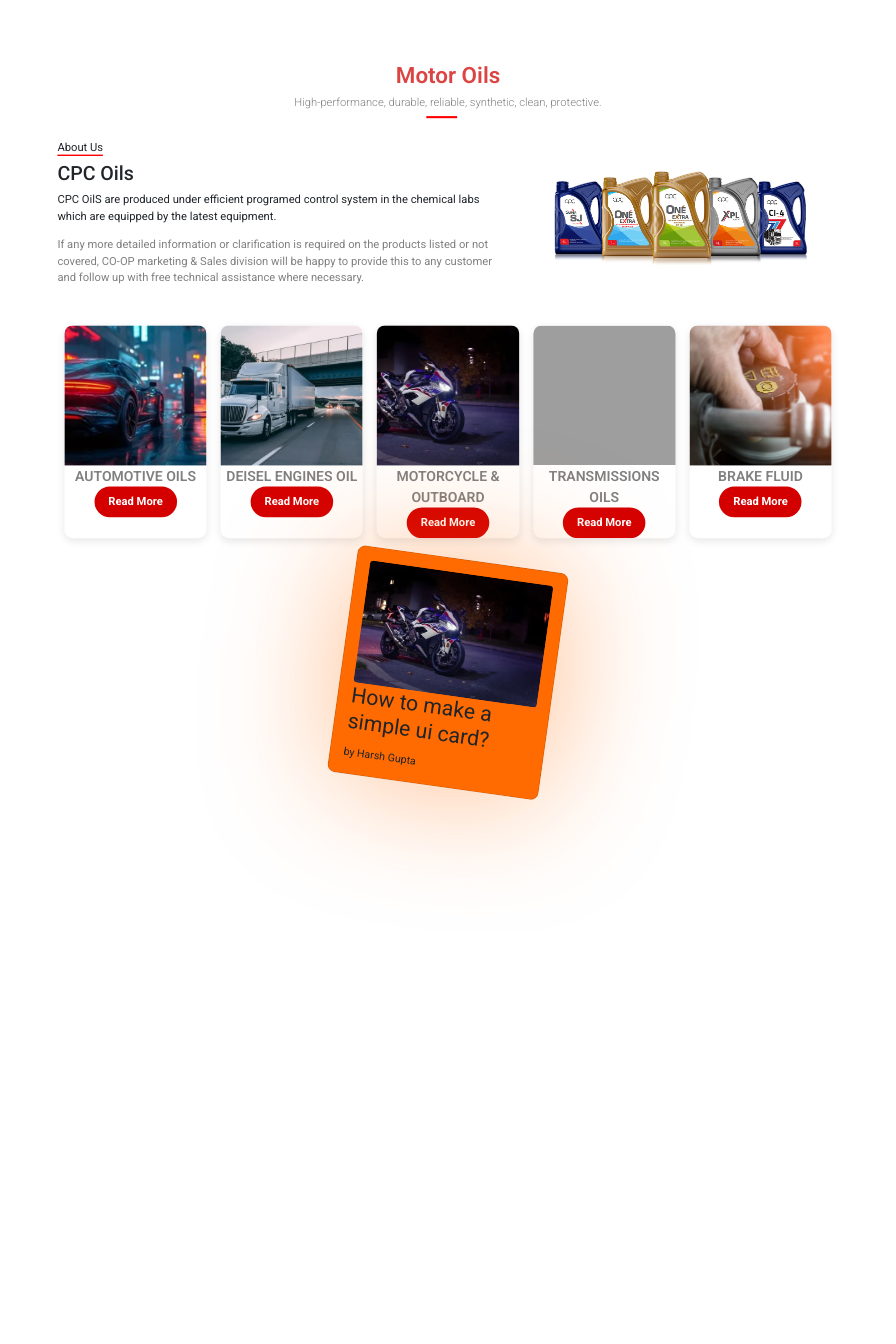
Repository: bodajava/CPC_1
Page: index.html
These files come from the project's save history. The page is drawn as it stood at one moment and after the next save; the edit follows.
The browser window is 1280 px wide. The pictures show the part of the page from y = 727 to 2647 px (the page is 2880 px tall), at 70% of full size.
The pointer rests on the first visible `.card`.
Pictures or frames that could not be fetched are drawn as grey boxes. Some web libraries are served in a nearby version.

Above is the page before, as saved 2025-07-07 23:30:44.

After the next save:
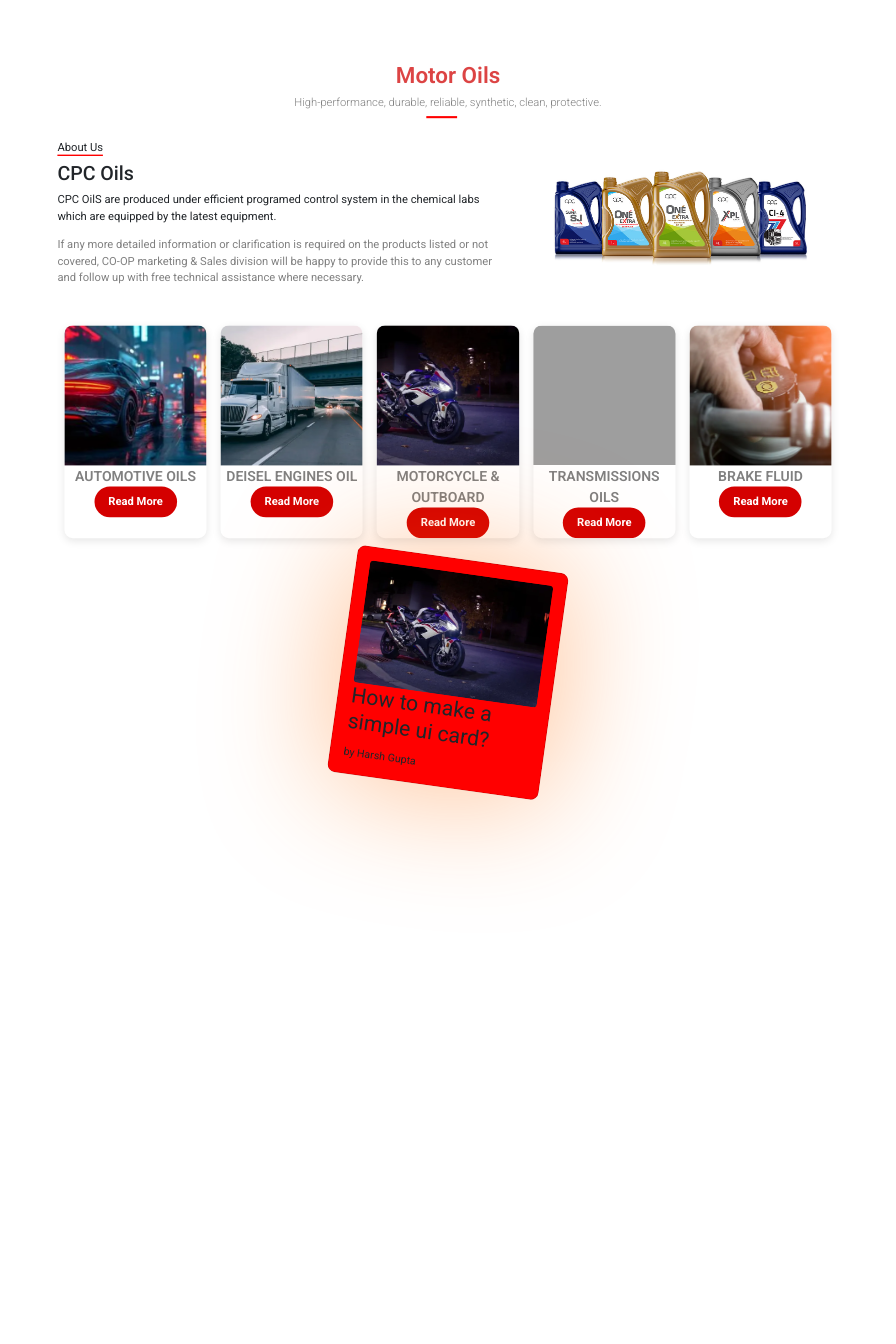
Saved 37 s later.
--- a/css/style.css
+++ b/css/style.css
@@ -432,7 +432,7 @@
 
 .card:hover {
   border-radius: 12px;
-  background-color: #ff6b00;
+  background-color: #ff0000;
   scale: 0.95;
   rotate: 8deg;
   box-shadow: 0px 3px 187.5px 7.5px rgba(255, 107, 0, 0.4);
